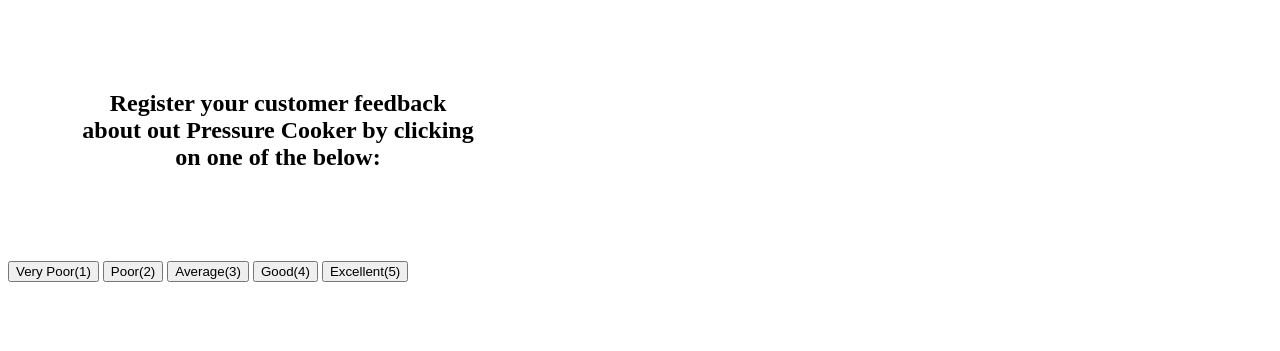
Repository: isaurabhkr/Spring-JavaCourse-101
Page: Spring/WP/GoodsteamProject/WebContent/input.html
The author's editor kept a copy of each file at every save. The page is drawn from the files as they stood at one save, then again after the next save.
The browser window is 1280 px wide. The pictures show the whole page.

Above is the page before, as saved 2019-08-06 07:39:23.

After the next save:
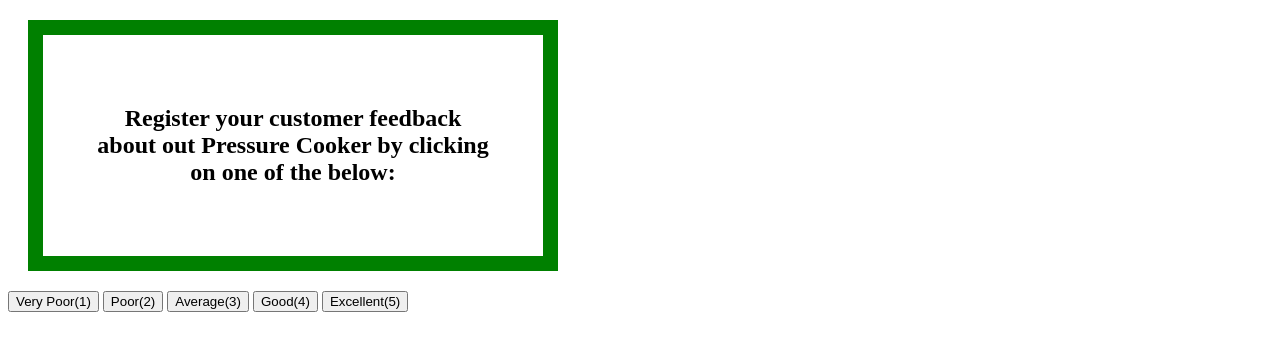
Saved 42 s later.
--- a/Spring/WP/GoodsteamProject/WebContent/input.html
+++ b/Spring/WP/GoodsteamProject/WebContent/input.html
@@ -4,7 +4,7 @@
 <style>
 div {
   width: 400px;
-  border: 10px black;
+  border: 15px solid green;
   padding: 50px;
   margin: 20px;
 }
